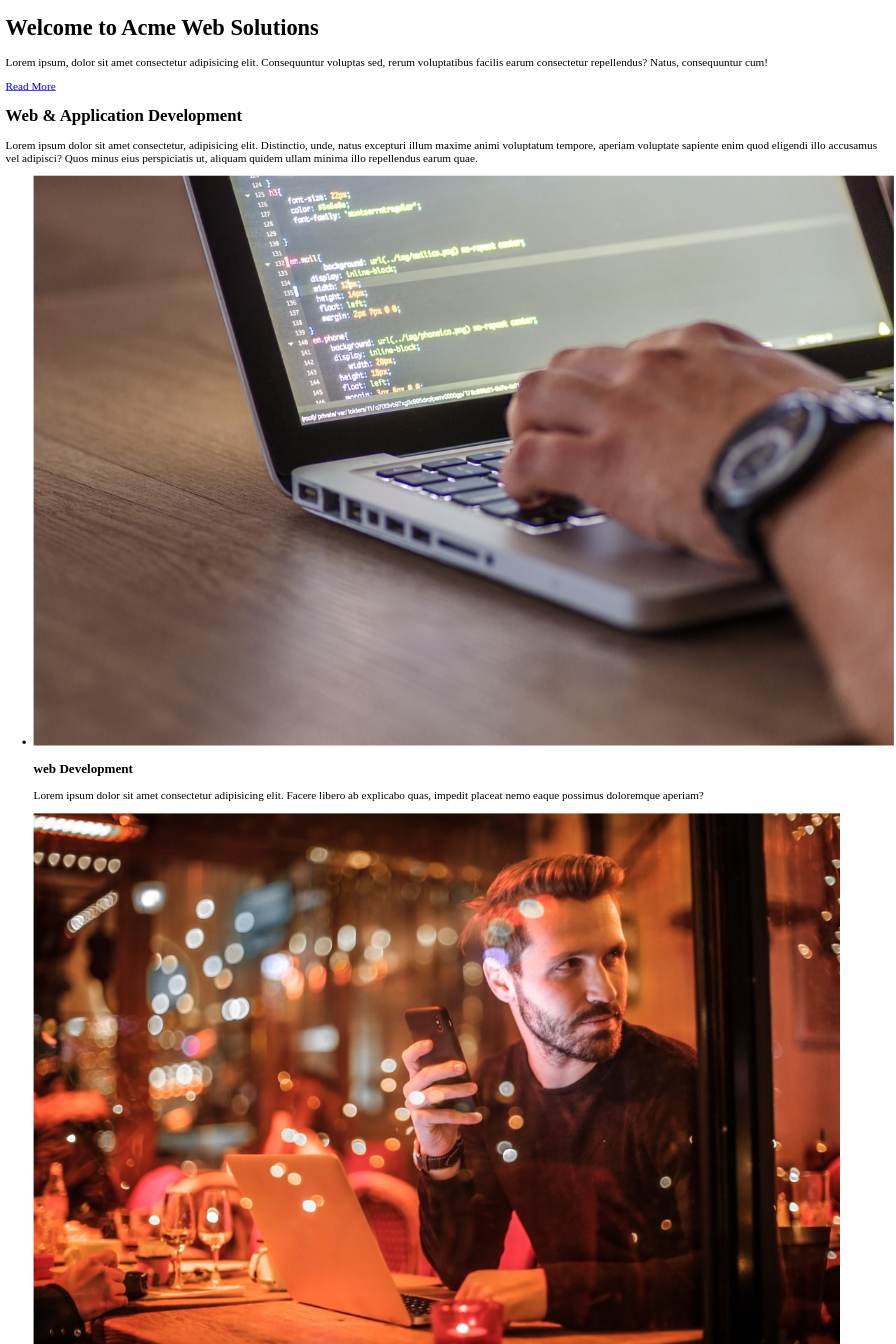
Repository: ErikBaer/MobileFirst
Page: index.html
An editor plug-in stored every save of this project. The page is shown before and after the next save, followed by the edit.
The browser window is 1280 px wide. The pictures show the part of the page from y = 0 to 1920 px (the page is 3289 px tall before and 3413 px after), at 70% of full size.

Above is the page before, as saved 2020-02-15 02:38:33.
Not found: stle.css

### index.html
<!DOCTYPE html>
<html lang="en">
<head>
    <meta charset="UTF-8">
    <meta name="viewport" content="width=device-width, initial-scale=1.0">
    <link rel="stylesheet" type="text/css" href="stle.css">
    <title>Acme Web Solutions</title>
</head>
<body>
    <!--Header Showcase -->
   <header id="showcase" class="grid">
    <div class="bg-image"></div>
    <h1>Welcome to Acme Web Solutions</h1>
    <p>Lorem ipsum, dolor sit amet consectetur adipisicing elit.
         Consequuntur voluptas sed, rerum voluptatibus facilis
         earum consectetur repellendus? Natus, consequuntur cum!
        </p>
    <a href="#section-b" class="btn">Read More</a>
</header>

<!-- Main Area -->

<main id="main">

    <!-- Section A -->

    <section id="section-a" class="grid">
        <div class="content-wrap">
            <h2 class="content-title">Web & Application Development</h2>
            <p>Lorem ipsum dolor sit amet consectetur, adipisicing elit.
                Distinctio, unde, natus excepturi illum maxime animi
                voluptatum tempore, aperiam voluptate sapiente enim quod
                 eligendi illo accusamus vel adipisci? Quos minus eius
                 perspiciatis ut, aliquam quidem ullam minima illo
                 repellendus earum quae.</p>
        </div>
    </section>

    <!-- Section B -->

    <section id="section-b" class="grid">
        <ul>
            <li>
                <div class="card">
                    <img src="./Assets/Coding-Person.jpg" alt="">
                    <div class="card-content">
                        <h3 class="card-title">web Development</h3>
                        <p>Lorem ipsum dolor sit amet consectetur
                            adipisicing elit. Facere libero ab explicabo
                            quas, impedit placeat nemo eaque possimus
                            doloremque aperiam?</p>
                    </div>
                </div>
            </li>
            <li>
                <div class="card">
                    <img src="./Assets/mobile-man.jpg" alt="">
                    <div class="card-content">
                        <h3 class="card-title">Mobile Applications</h3>
                        <p>Lorem ipsum dolor sit amet consectetur
                            adipisicing elit. Facere libero ab explicabo
                            quas, impedit placeat nemo eaque possimus
                            doloremque aperiam?</p>
                    </div>
                </div>
            </li>
            <li>
                <div class="card">
                    <img src="./Assets/Coding-Person.jpg" alt="">
                    <div class="card-content">
                        <h3 class="card-title">Tech Marketing</h3>
                        <p>Lorem ipsum dolor sit amet consectetur
                            adipisicing elit. Facere libero ab explicabo
                            quas, impedit placeat nemo eaque possimus
                            doloremque aperiam?</p>
                    </div>
                </div>
            </li>
        </ul>
    </section>

    <!-- Section C -->
    <section id="section-c" class="grid">
        <div class="content-wrap">
            <h2 class="content-title"> We handle all of your digital needs</h2>
            <p>Lorem, ipsum dolor sit amet consectetur adipisicing elit.
                Neque asperiores pariatur dolorem ipsum dicta recusandae
                 optio vel doloremque deserunt maiores?</p>
        </div>
    </section>

    <!-- Section D -->

    <section class="section-d grid">
        <div class="box">
            <h2 class="content-title">Contact Us</h2>
            <p>Lorem ipsum dolor sit, amet consectetur adipisicing elit.
                 Alias, totam quas ipsam doloremque dignissimos doloribus
                 laudantium aut provident dolore. Maxime!</p>
            <p>contact@acmewebsolutions.test</p>
        </div>
        <div class="box">
            <h2 class="content-title">About Our Company</h2>
            <p>Lorem ipsum dolor, sit amet consectetur adipisicing elit.
                Delectus ut placeat, nulla inventore laboriosam quisquam!
                Porro, asperiores libero molestiae a facilis et, ex magni
                 nostrum rem delectus quia ut? Vitae.</p>
        </div>
    </section>
</main>

<!-- Footer -->

<footer id="main-footer" class="grid">
    <div>Acme Web Solutins</div>
    <div>Project by <a href="www.baerdata.de" target="blank">Erik Baer</a></div>
</footer>

</body>
</html>

### style.css
body {
    margin: 0;
    font-family: Arial, Helvetica, sans-serif;
    background-color: #333;
    color: white;
    font-size:1.1em;
}

After the next save:
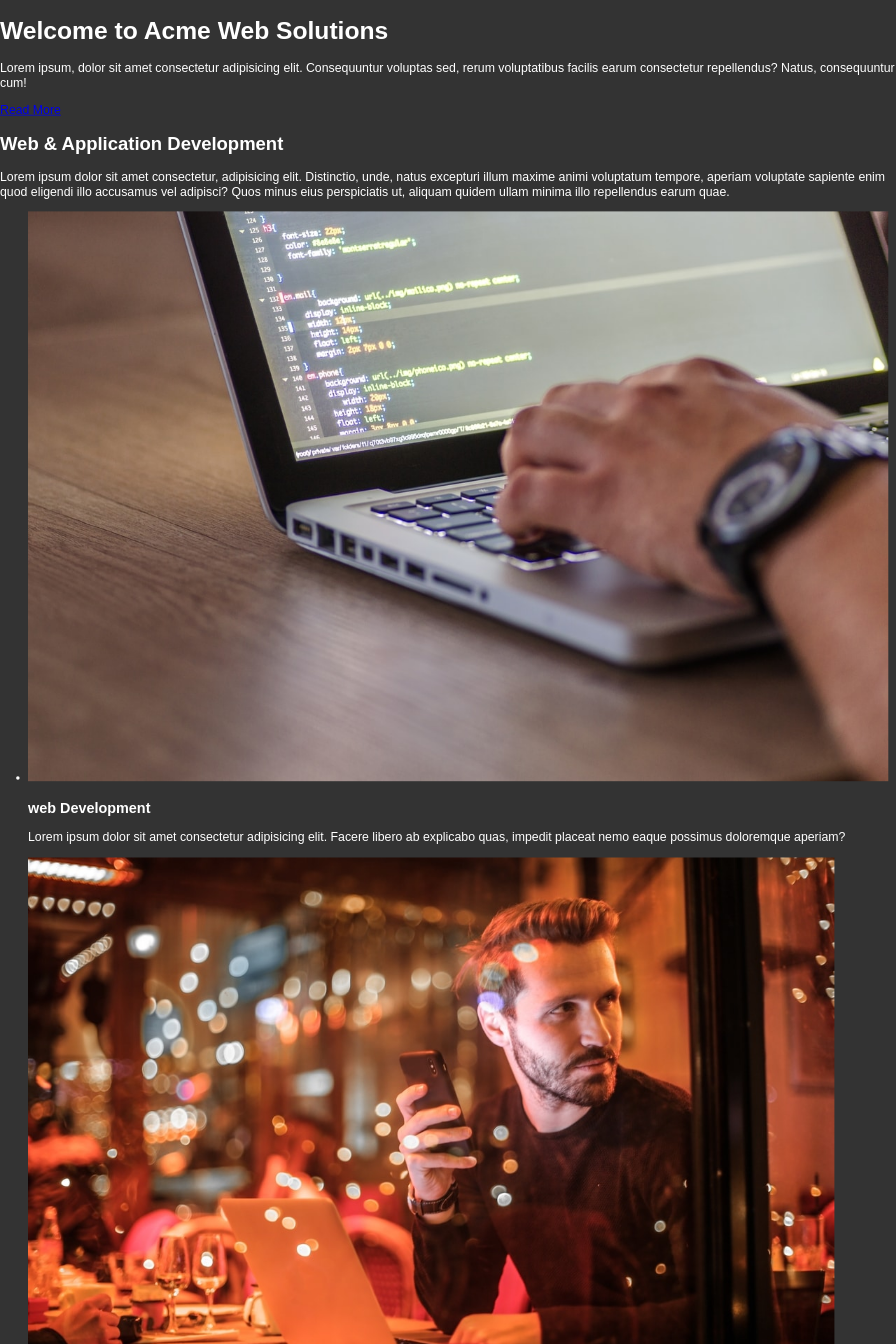
Saved 9 s later.
--- a/index.html
+++ b/index.html
@@ -3,7 +3,7 @@
 <head>
     <meta charset="UTF-8">
     <meta name="viewport" content="width=device-width, initial-scale=1.0">
-    <link rel="stylesheet" type="text/css" href="stle.css">
+    <link rel="stylesheet" type="text/css" href="style.css">
     <title>Acme Web Solutions</title>
 </head>
 <body>
